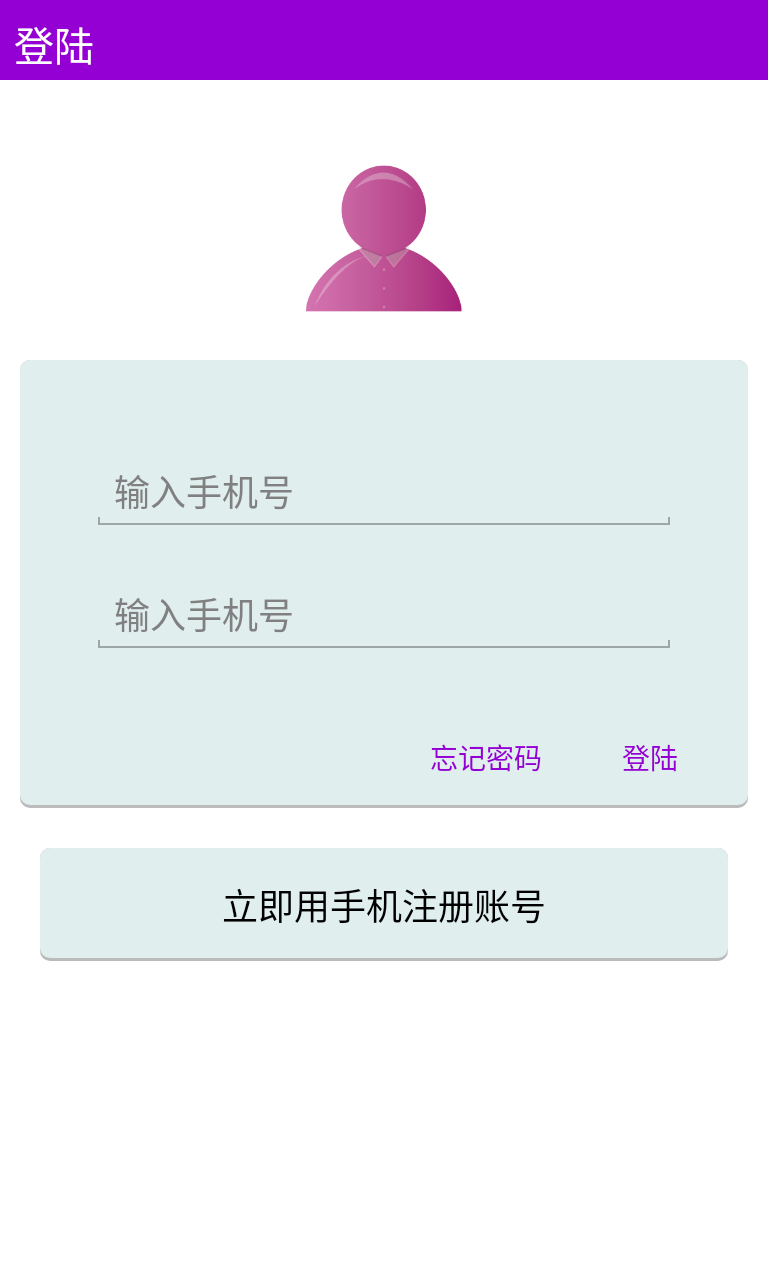
Repository: mrhanliang/Android_4.2
Layout: Android_Level_work/res/layout/activity_main.xml
An editor plug-in stored every save of this project. The layout is shown before and after the next save, followed by the edit.
It is drawn on a 768 x 1280 px phone screen (xhdpi) without system bars, with theme AppTheme; the app's code is not run.

Above is the layout before, as saved 2015-12-05 13:49:09.

After the next save:
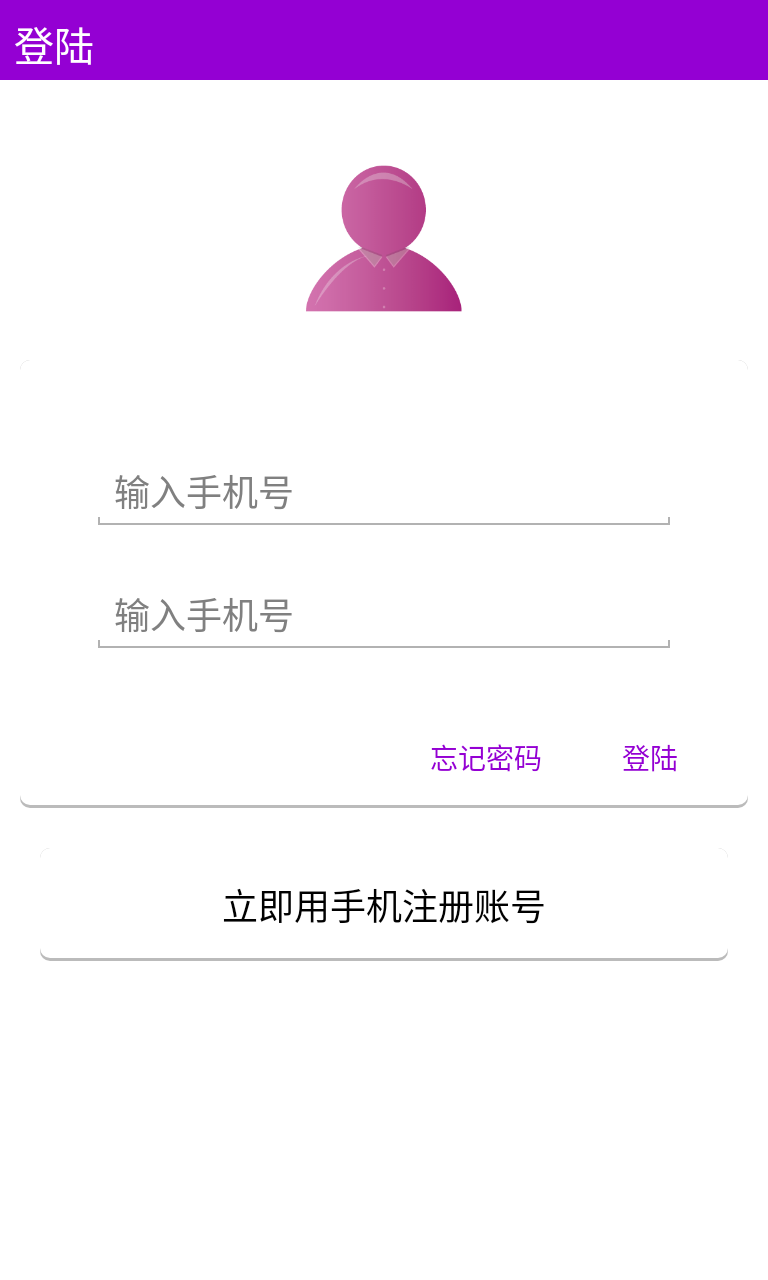
Saved 27 s later.
--- a/Android_Level_work/res/drawable-v14/html.xml
+++ b/Android_Level_work/res/drawable-v14/html.xml
@@ -10,7 +10,7 @@
     <!-- White Top color -->
     <item android:bottom="3px">
         <shape  android:shape="rectangle">
-             <solid android:color="#FFE0EEEE" />
+             <solid android:color="#ffffff" />
              <corners android:radius="5dp" />
              <padding
                 android:top="15dp"
